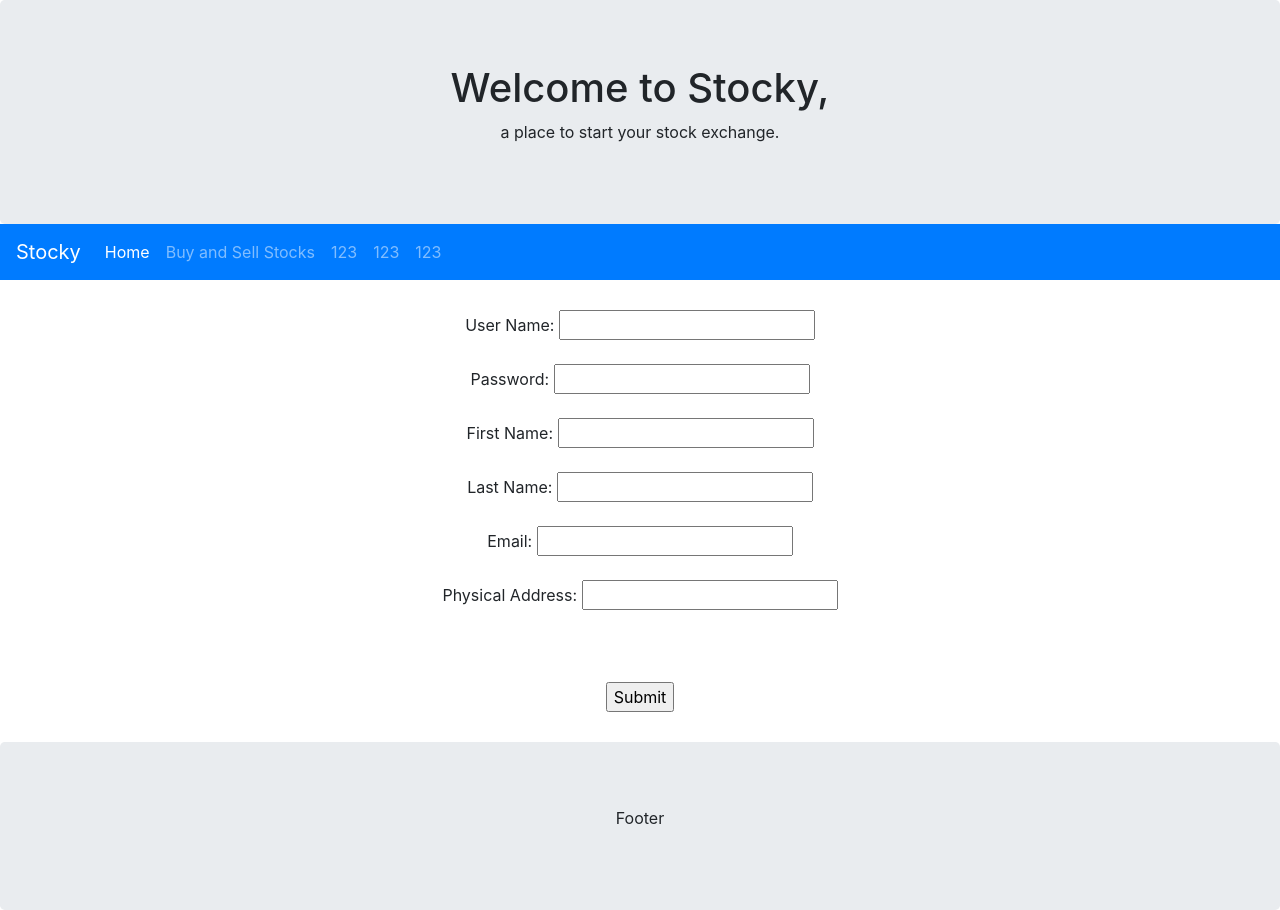
Repository: madfufuu/stocky
Page: http://localhost/stocky/signup.jsp
The author's editor kept a copy of each file at every save. The page is drawn from the files as they stood at one save, then again after the next save.
The browser window is 1280 px wide. The pictures show the whole page.
The page is served by Tomcat 9.

Above is the page before, as saved 2019-11-27 21:34:31.

After the next save:
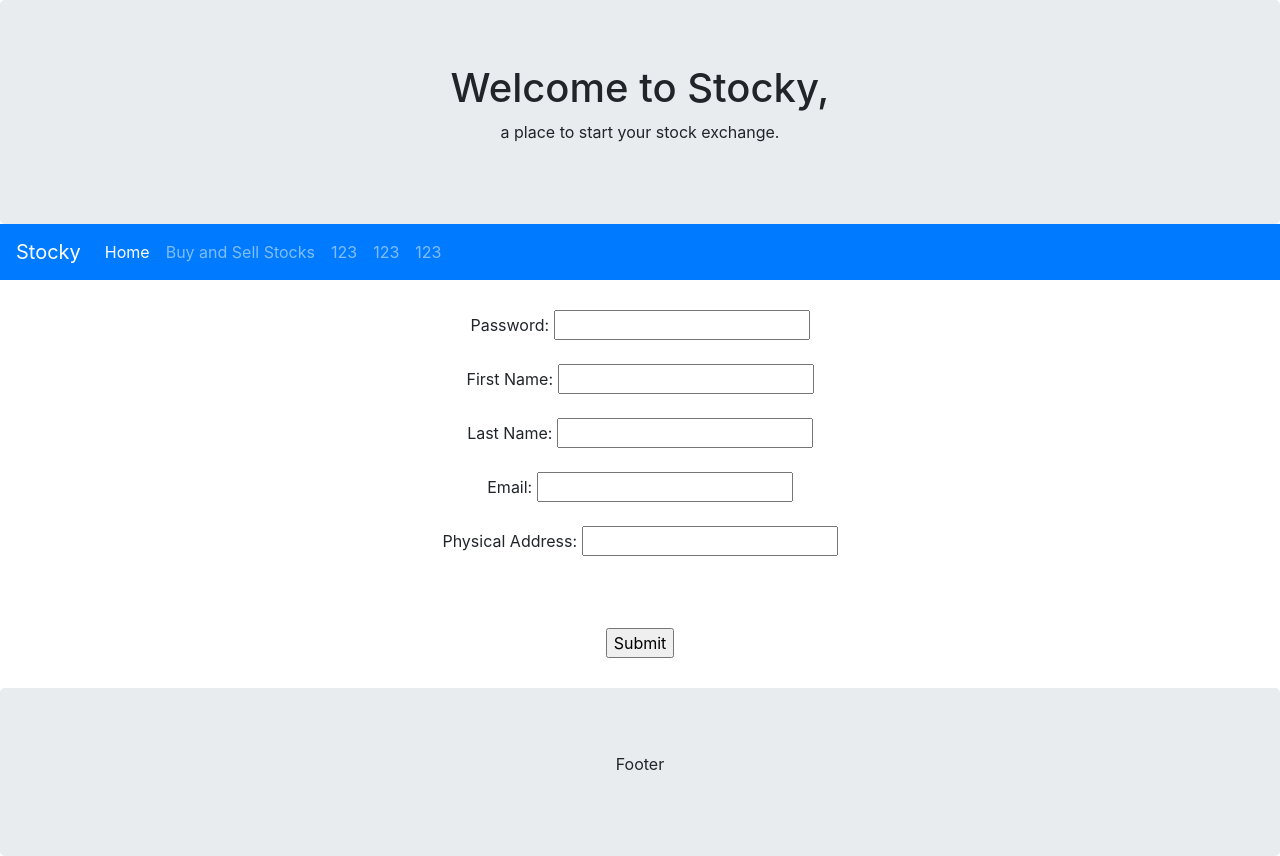
Saved 45 s later.
--- a/stocky-new-master/stocky/WebContent/signup.jsp
+++ b/stocky-new-master/stocky/WebContent/signup.jsp
@@ -54,8 +54,7 @@
 	</nav>
 
 	<form id="signupForm" action="SignUpCheck" method="post">
-		User Name: <input type="text" name="userid" /><br />
-		<br /> Password: <input type="password" name="password" /><br />
+		Password: <input type="password" name="password" /><br />
 		<br /> First Name: <input type="text" name="fname" /><br />
 		<br /> Last Name: <input type="text" name="lname" /><br />
 		<br /> Email: <input type="text" name="email" /><br />
